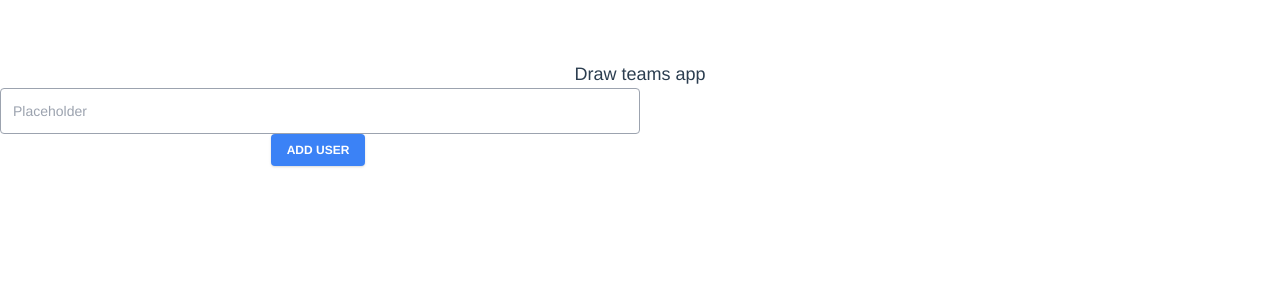
Repository: AlekJanevski/draw-teams-app
Page: /
These files come from the project's save history. The page is drawn as it stood at one moment and after the next save; the edit follows.
The browser window is 1280 px wide. The pictures show the whole page.
The project was rebuilt for these pictures with package versions that can differ from the ones it lists, and the page was loaded fresh each time.

Above is the page before, as saved 2021-03-18 20:21:02.

After the next save:
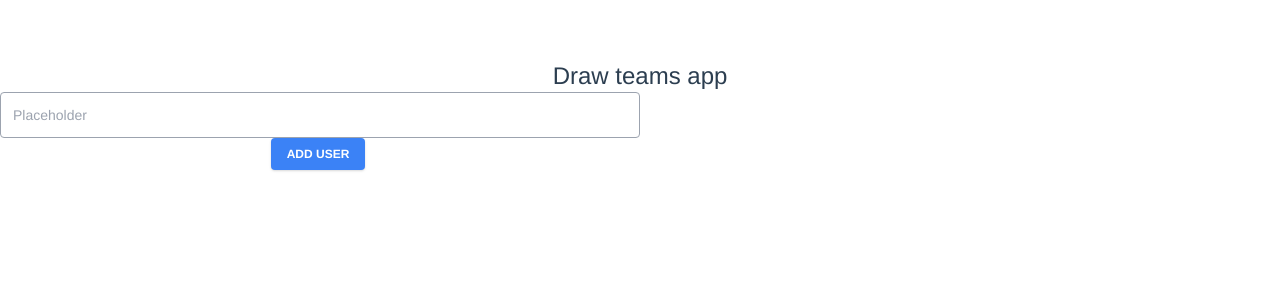
Saved 5 s later.
--- a/src/components/HelloWorld.vue
+++ b/src/components/HelloWorld.vue
@@ -1,6 +1,6 @@
 <template>
   <div>
-    <h1 class="text-lg">Draw teams app</h1>
+    <h1 class="text-2xl">Draw teams app</h1>
 
     <!-- Add user wrapper starts -->
     <div class="w-1/2 pt-0 mb-3">
